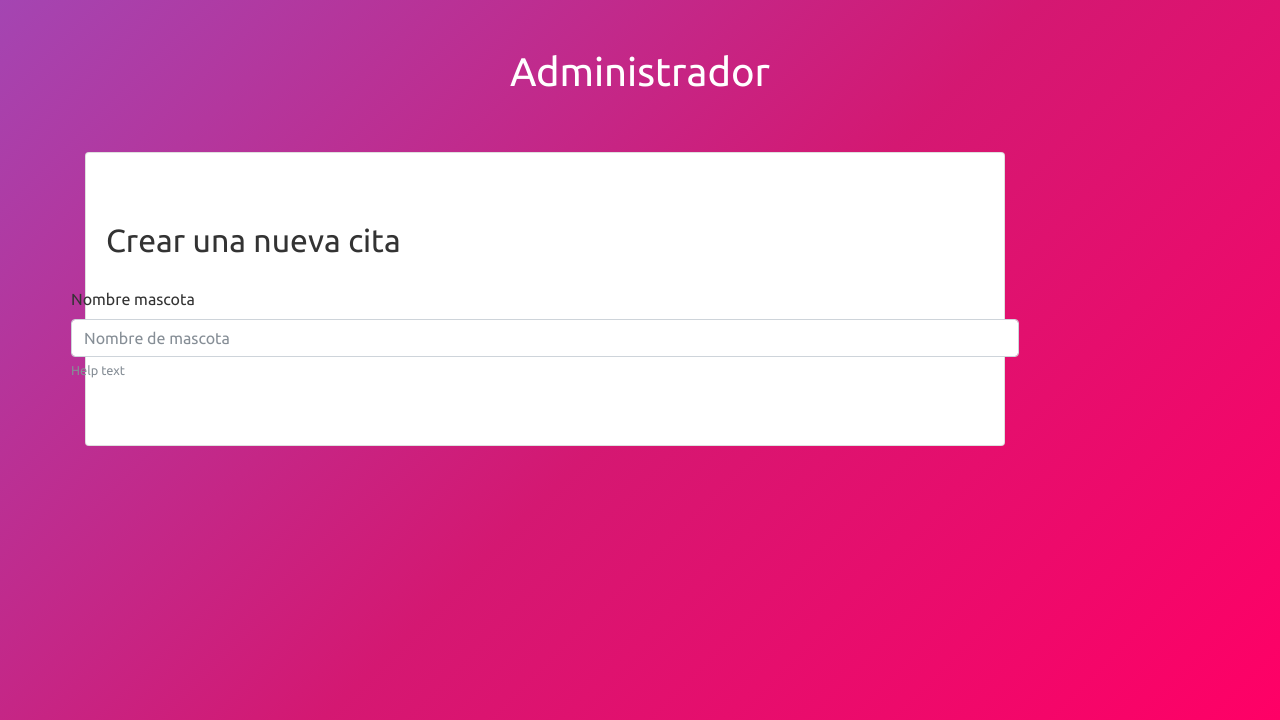
Repository: harrycampaz/react-veterinario-form
Page: /
These files come from the project's save history. The page is drawn as it stood at one moment and after the next save; the edit follows.
The browser window is 1280 px wide. The pictures show the whole page.
The project was rebuilt for these pictures with package versions that can differ from the ones it lists, and the page was loaded fresh each time.

Above is the page before, as saved 2020-01-16 14:07:18.

After the next save:
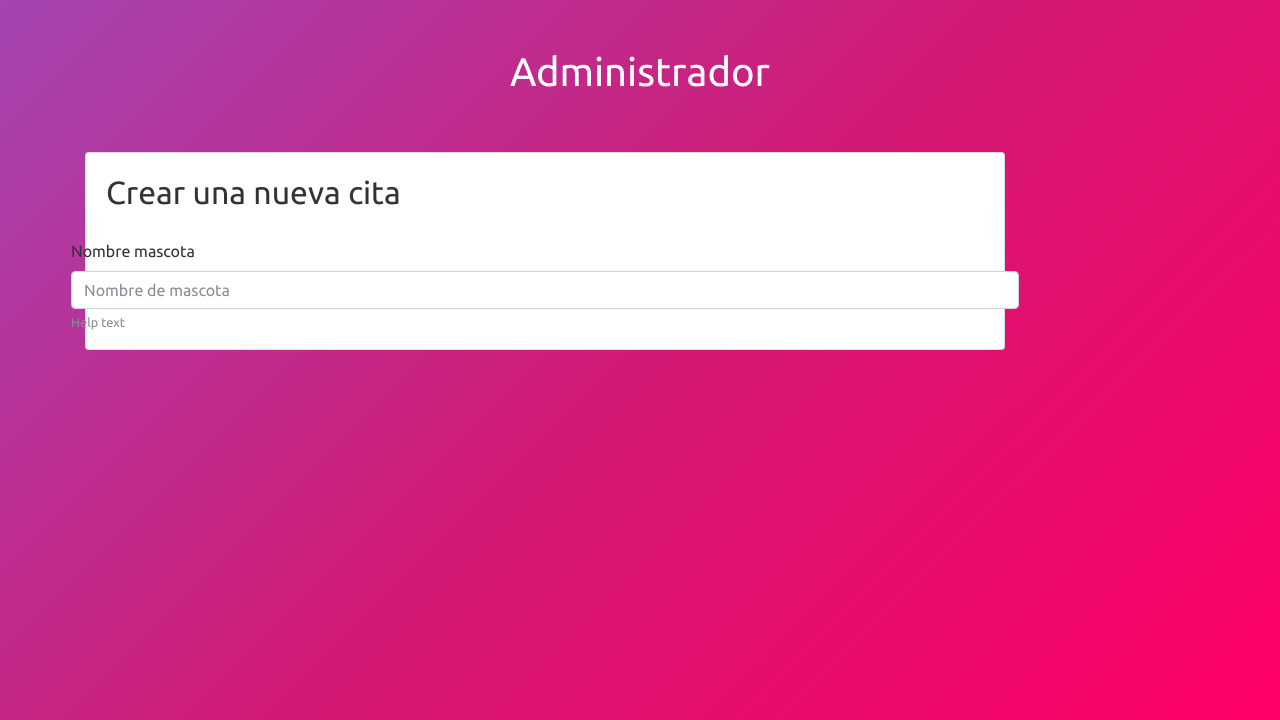
Saved 27 s later.
--- a/src/components/layout/NuevaCita.js
+++ b/src/components/layout/NuevaCita.js
@@ -3,7 +3,7 @@ import React, { Component } from "react";
 class NuevaCita extends Component {
   render() {
     return (
-      <div className="card mt-5 py-5">
+      <div className="card mt-5">
         <div className="card-body">
           <h2> Crear una nueva cita</h2>
         </div>
